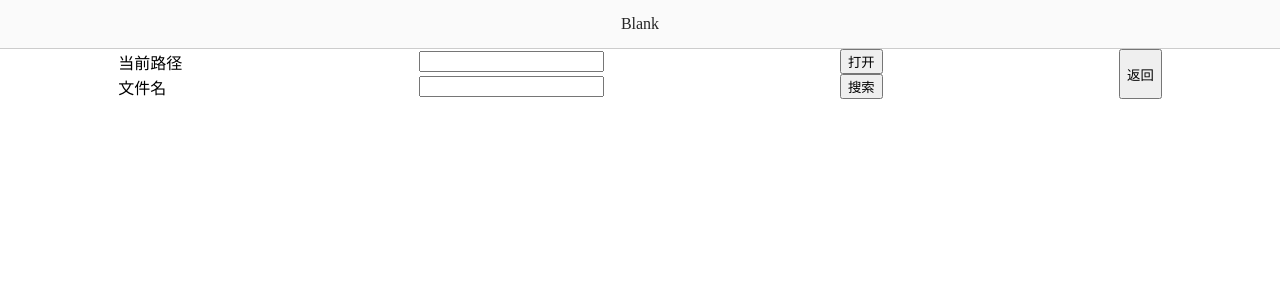
Repository: andycj7/-
Page: JS插件开发/filesystem/index.html
An editor plug-in stored every save of this project. The page is shown before and after the next save, followed by the edit.
The browser window is 1280 px wide. The pictures show the whole page.

Above is the page before, as saved 2020-07-21 07:50:23.
Console error (its wording comes from the project's code and is left out).

After the next save:
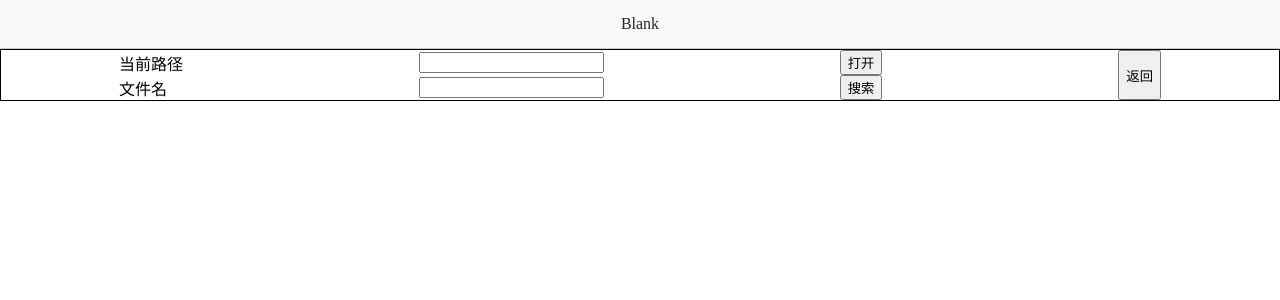
Saved 65 s later.
--- a/JS插件开发/filesystem/css/base.css
+++ b/JS插件开发/filesystem/css/base.css
@@ -30,6 +30,7 @@ body {
 	display: flex;
 	flex-direction: row;
 	justify-content: space-around;
+	border:1px solid#000
 }
 
 .div-control-column {
